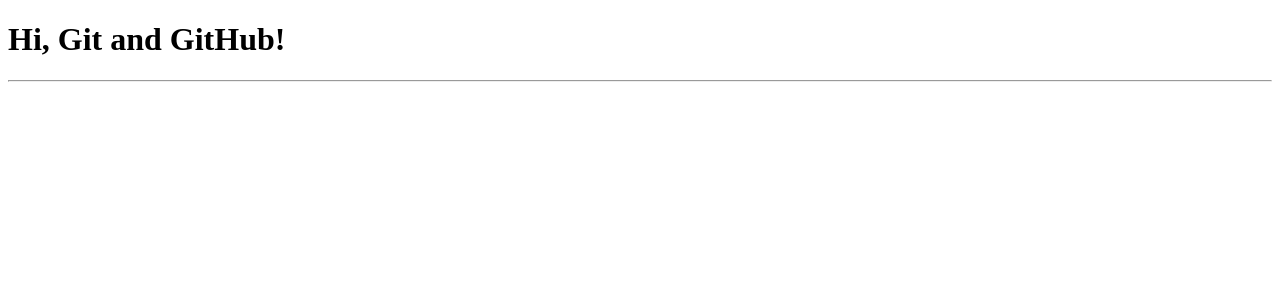
Repository: MarcioFreitasUFSC21/Proejct00
Page: ExampleSite/index.html
The author's editor kept a copy of each file at every save. The page is drawn from the files as they stood at one save, then again after a run of saves.
The browser window is 1280 px wide. The pictures show the whole page.

Above is the page before, as saved 2023-03-16 14:47:31.

### ExampleSite/index.html
<!DOCTYPE html>
<html lang="pt-br">
<head>
    <meta charset="UTF-8">
    <meta http-equiv="X-UA-Compatible" content="IE=edge">
    <meta name="viewport" content="width=device-width, initial-scale=1.0">
    <title>Hi, Git and GitHub!</title>
</head>
<body>
    <h1> Hi, Git and GitHub! </h1>
    <hr>
    <p></p>
</body>
</html>

After the next 2 saves:
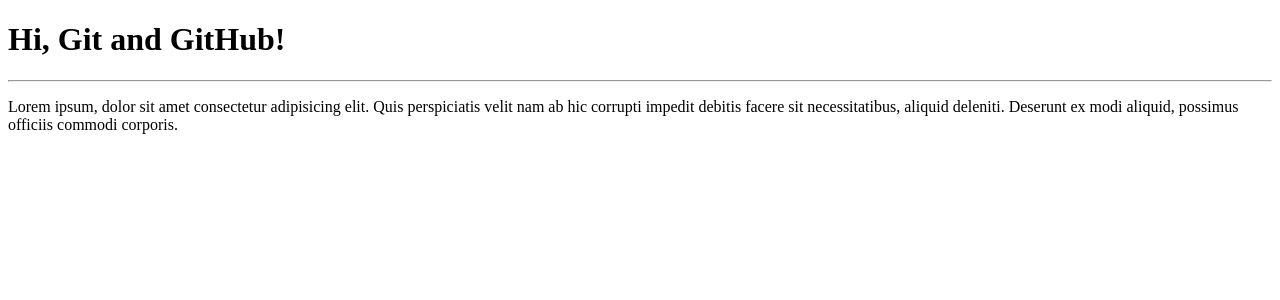
The 2 saves are shown as one change because they came seconds apart.
The last was saved 7 s later.
--- a/ExampleSite/index.html
+++ b/ExampleSite/index.html
@@ -9,6 +9,6 @@
 <body>
     <h1> Hi, Git and GitHub! </h1>
     <hr>
-    <p></p>
+    <p> Lorem ipsum, dolor sit amet consectetur adipisicing elit. Quis perspiciatis velit nam ab hic corrupti impedit debitis facere sit necessitatibus, aliquid deleniti. Deserunt ex modi aliquid, possimus officiis commodi corporis.</p>
 </body>
 </html>
